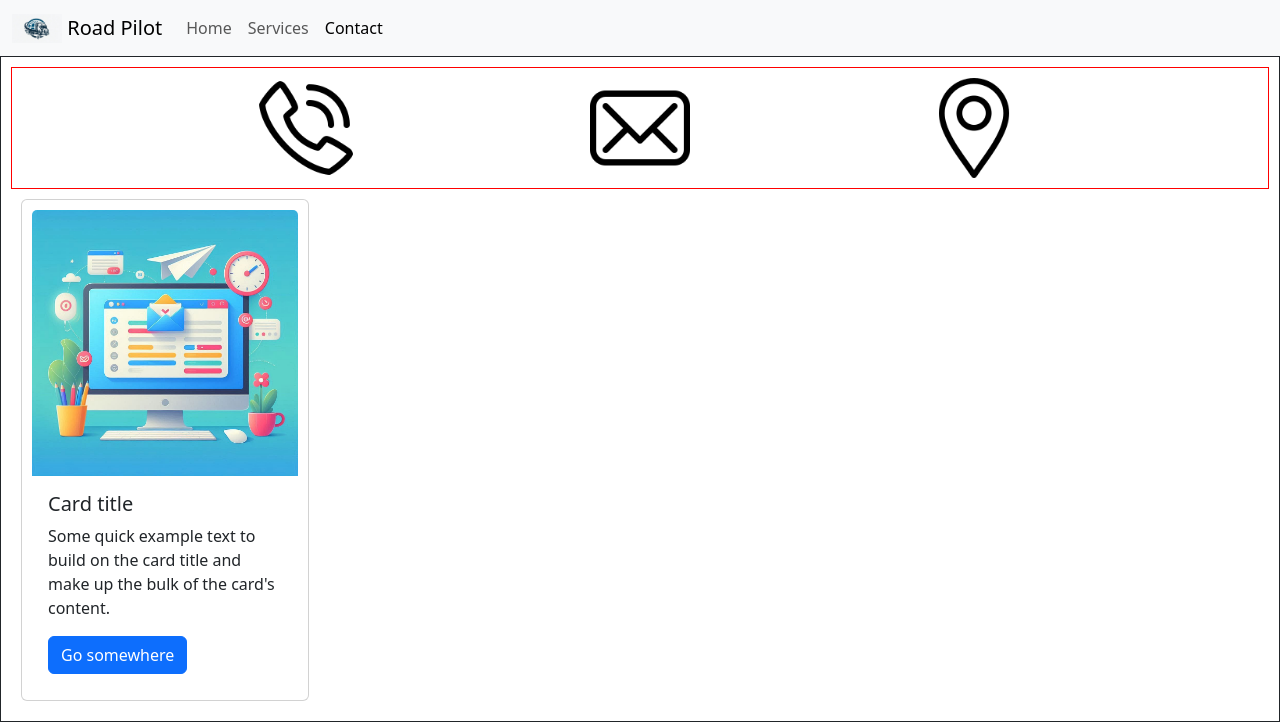
Repository: VictoriousMango/WebCreator
Page: pages/contact.html
An editor plug-in stored every save of this project. The page is shown before and after the next save, followed by the edit.
The browser window is 1280 px wide. The pictures show the whole page.

Above is the page before, as saved 2024-11-09 12:49:22.

After the next save:
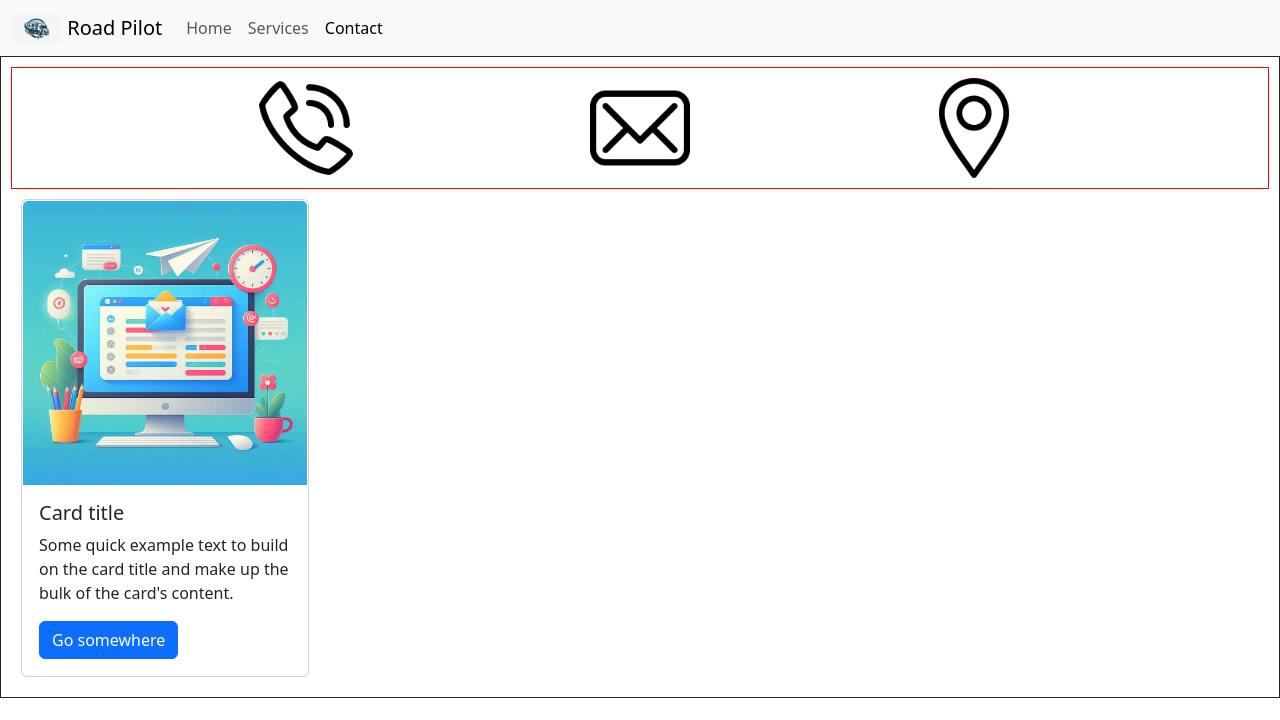
Saved 5 s later.
--- a/assets/css/contact.css
+++ b/assets/css/contact.css
@@ -15,7 +15,7 @@
 }
 
 .card {
-    padding: 10px;
+    padding: 1px;
     margin: 10px;
 }
 
